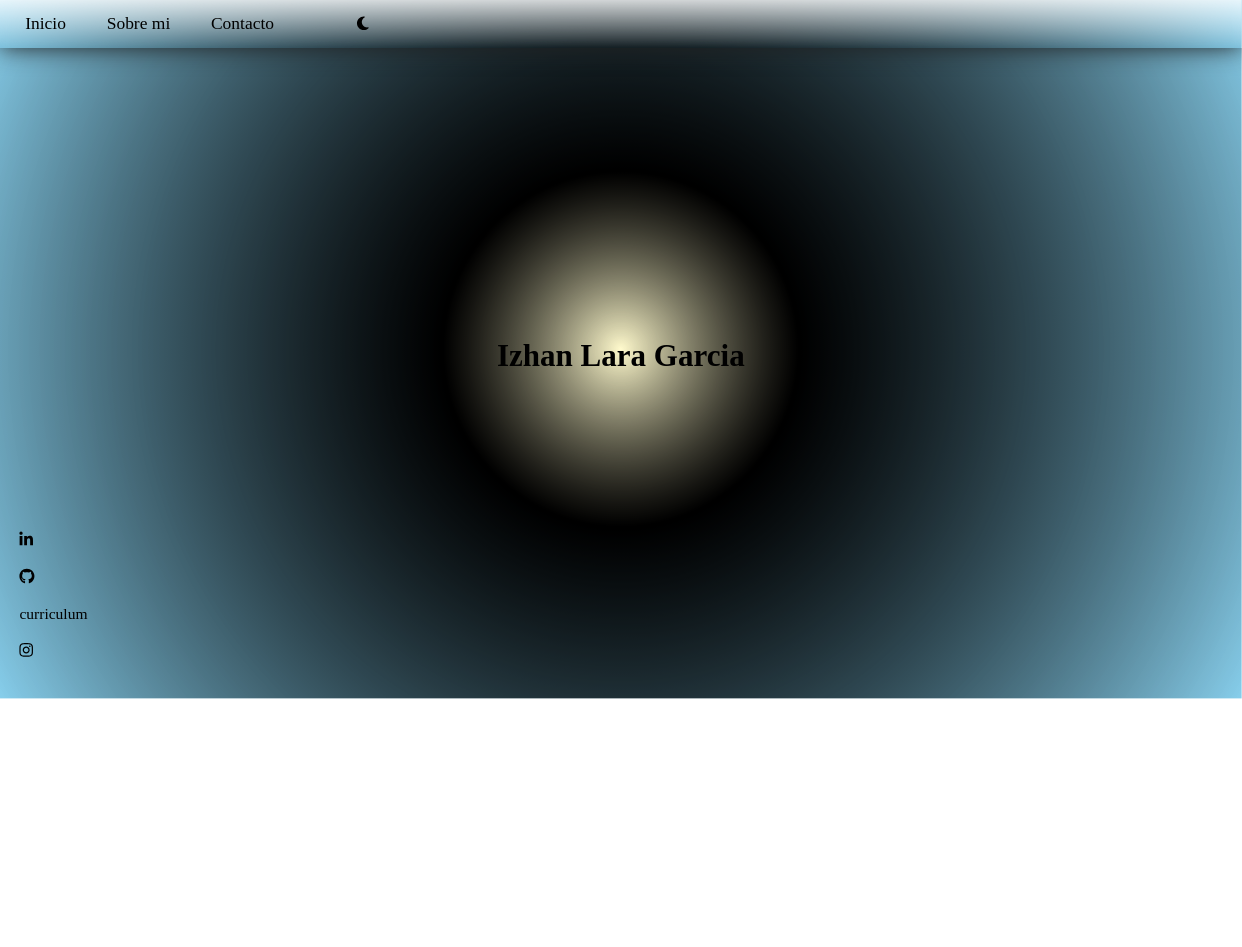
Repository: izhanlaraagarcia/izhanlaraagarcia.github.io
Page: / (app in vite-project/)
An editor plug-in stored every save of this project. The page is shown before and after the next save, followed by the edit.
The browser window is 1280 px wide. The pictures show the whole page, at 97% of full size.
The project was rebuilt for these pictures with package versions that can differ from the ones it lists, and the page was loaded fresh each time. Also part of the build but not shown: vite-project/vite.config.js, vite-project/src/pages/About/styles/about.scss, vite-project/src/pages/About/about.jsx, vite-project/src/pages/Contact/contact.jsx.

Above is the page before, as saved 2024-08-19 14:03:24.

After the next save:
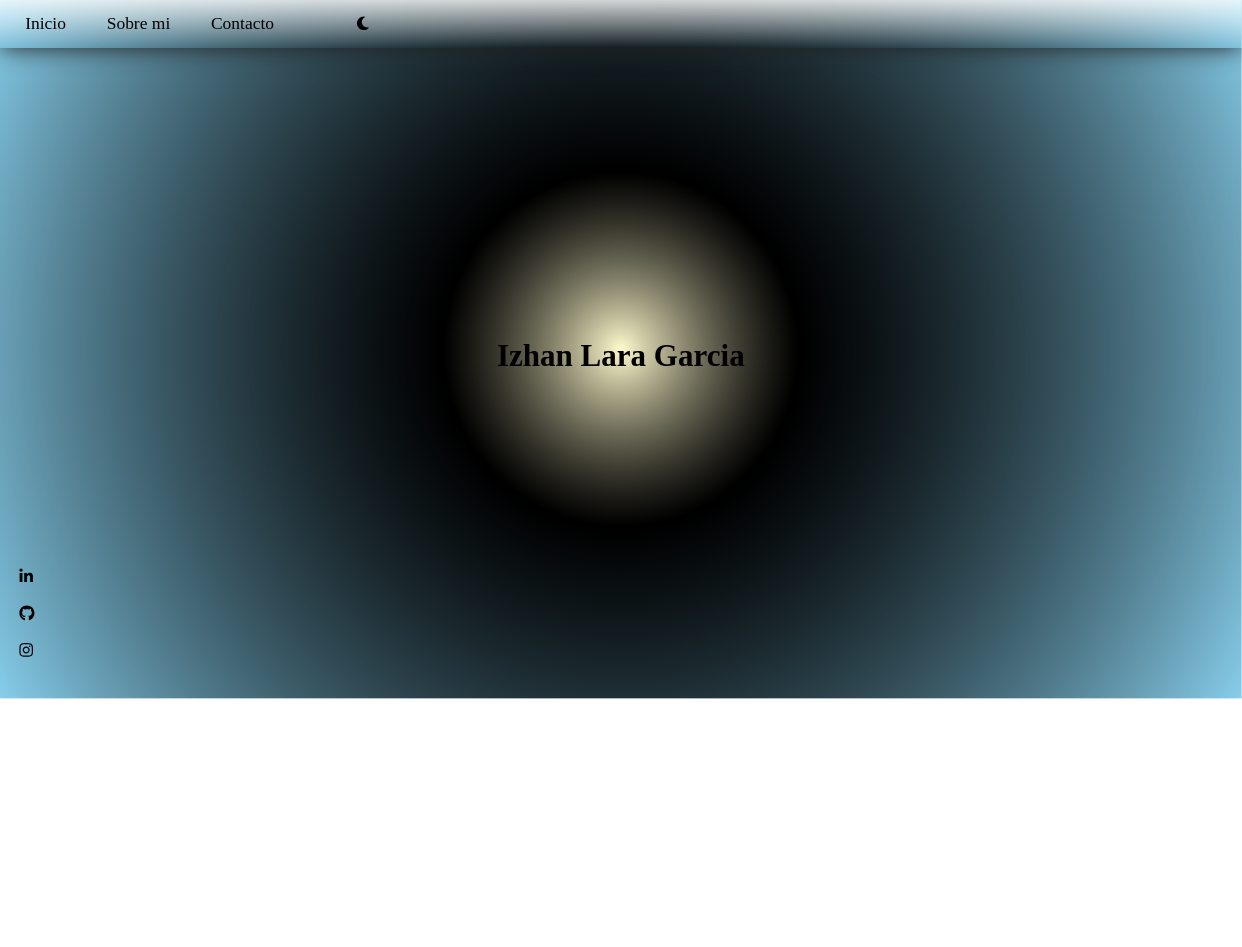
Saved 5 s later.
--- a/vite-project/src/Componentes-Generales/social.jsx
+++ b/vite-project/src/Componentes-Generales/social.jsx
@@ -23,7 +23,6 @@ const SocialMedia = () => {
           </a>
         </li>
         <li>
-          curriculum
           <a href="XXXXXXXXXXXXXXXXXXXXXXXXXXXXXXXXXXXXXXXXXXXXXXXXXXXXXXXXXXXXXXXXXXXXXXXXXXXXXXXXX" target="_blank" rel="noopener noreferrer">
             <FontAwesomeIcon icon={fab.faFilePdf} />
           </a>
